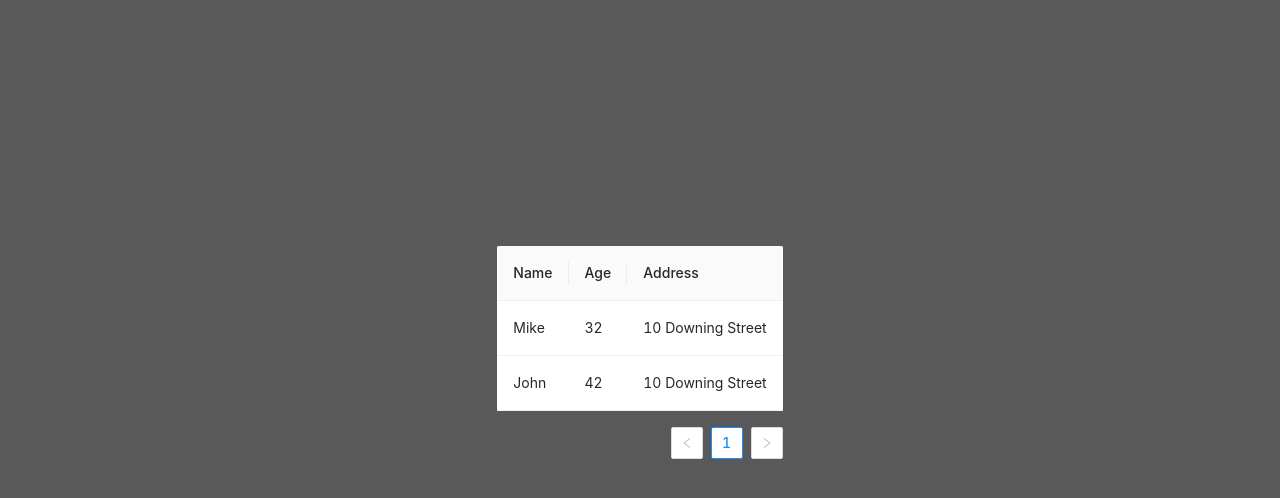
Repository: tiendungjr123/ant-design
Page: /
An editor plug-in stored every save of this project. The page is shown before and after the next save, followed by the edit.
The browser window is 1280 px wide. The pictures show the whole page.
The project was rebuilt for these pictures with package versions that can differ from the ones it lists, and the page was loaded fresh each time. Also part of the build but not shown: src/components/AntButton.js, src/components/AntInput.js, src/components/AntSelect.js, src/components/AntForm.js.

Above is the page before, as saved 2022-09-27 16:44:39.

After the next save:
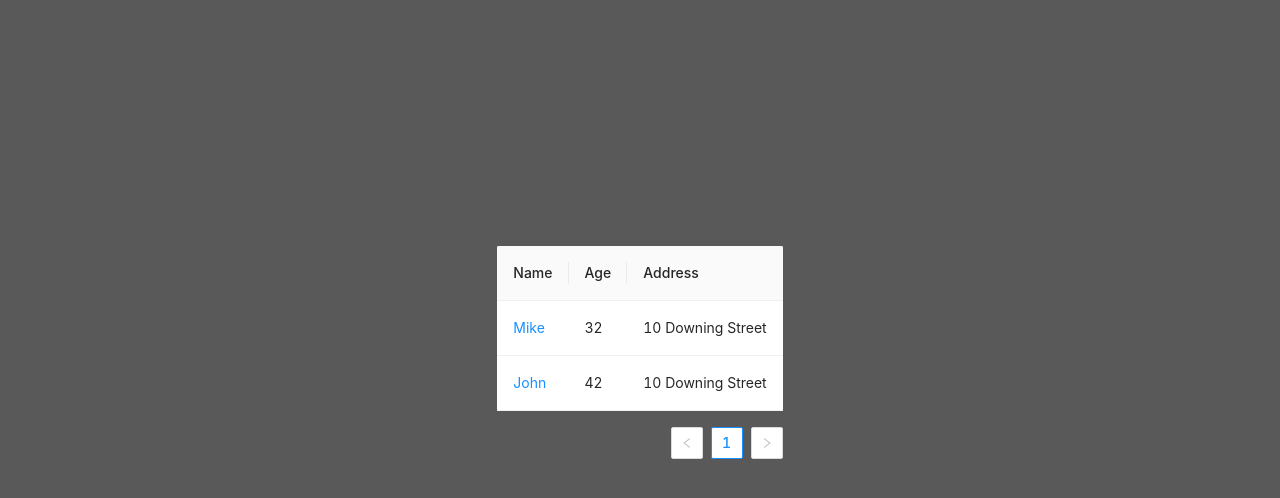
Saved 52 s later.
--- a/src/components/AntTable.js
+++ b/src/components/AntTable.js
@@ -8,9 +8,6 @@ export default function AntTable() {
       name: 'Mike',
       age: 32,
       address: '10 Downing Street',
-      render: name =>{
-        return <a>{name}</a>
-      }
     },
     {
       key: '2',
@@ -25,6 +22,9 @@ export default function AntTable() {
       title: 'Name',
       dataIndex: 'name',
       key: 'name',
+      render: name =>{
+        return <a>{name}</a>
+      }
     },
     {
       title: 'Age',
